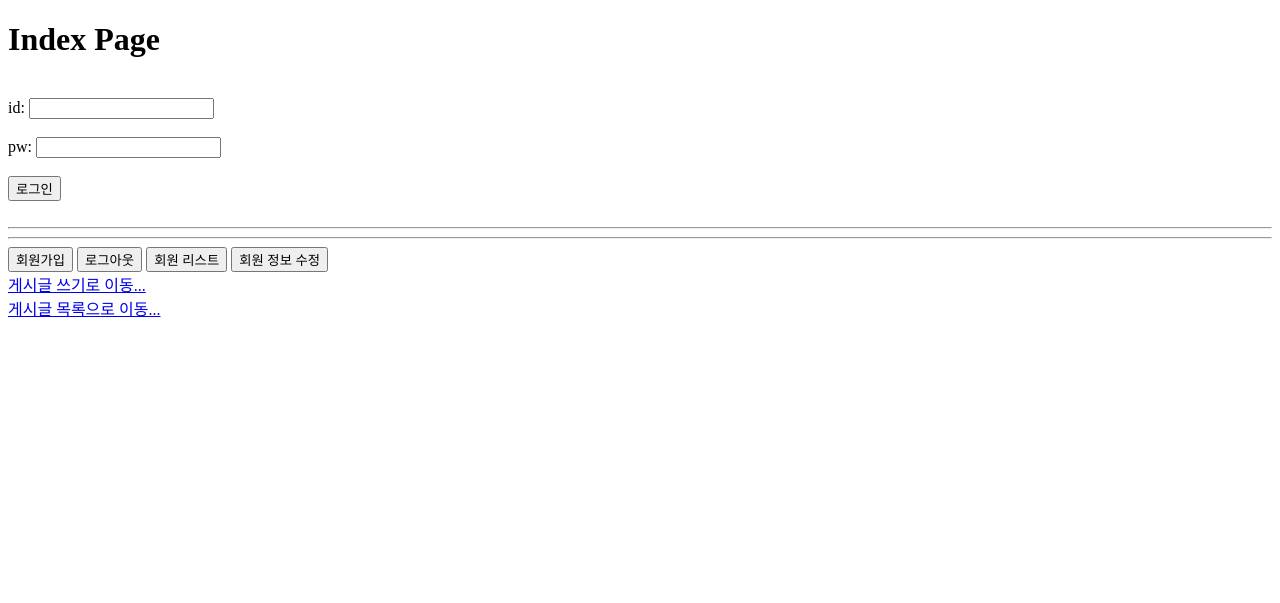
Repository: dfhdfhdfsza/myjsp
Page: http://localhost/_myjsp/
The author's editor kept a copy of each file at every save. The page is drawn from the files as they stood at one save, then again after the next save.
The browser window is 1280 px wide. The pictures show the whole page.
The page is served by Tomcat 9. The template is opened directly, without the code that normally fills it, so the values that code supplies are empty.

Above is the page before, as saved 2023-09-22 12:32:42.

After the next save:
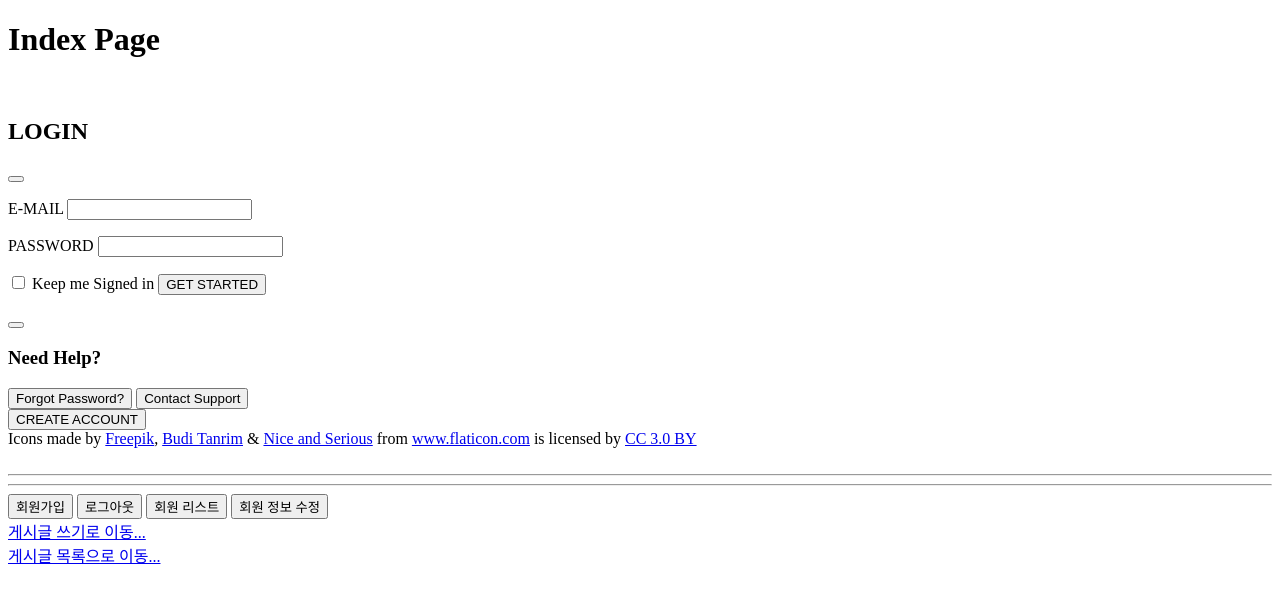
Saved 27 s later.
--- a/_myjsp/src/main/webapp/index.jsp
+++ b/_myjsp/src/main/webapp/index.jsp
@@ -13,9 +13,49 @@
 	<br>
 	<c:if test="${ses eq null }">
 		<form action="/mem/login">
-			id: <input type="text" name="id"> <br> <br>
-			pw: <input type="text" name="pw"> <br> <br>
-			<button type="submit">로그인</button>
+
+<div class='box'>
+  <div class='box-form'>
+    <div class='box-login-tab'></div>
+    <div class='box-login-title'>
+      <div class='i i-login'></div><h2>LOGIN</h2>
+    </div>
+    <div class='box-login'>
+      <div class='fieldset-body' id='login_form'>
+        <button onclick="openLoginInfo();" class='b b-form i i-more' title='Mais Informações'></button>
+        	<p class='field'>
+          <label for='user'>E-MAIL</label>
+          <input type='text' id='user' name='user' title='Username' />
+          <span id='valida' class='i i-warning'></span>
+        </p>
+      	  <p class='field'>
+          <label for='pass'>PASSWORD</label>
+          <input type='password' id='pass' name='pass' title='Password' />
+          <span id='valida' class='i i-close'></span>
+        </p>
+
+          <label class='checkbox'>
+            <input type='checkbox' value='TRUE' title='Keep me Signed in' /> Keep me Signed in
+          </label>
+
+        	<input type='submit' id='do_login' value='GET STARTED' title='Get Started' />
+      </div>
+    </div>
+  </div>
+  <div class='box-info'>
+					    <p><button onclick="closeLoginInfo();" class='b b-info i i-left' title='Back to Sign In'></button><h3>Need Help?</h3>
+    </p>
+					    <div class='line-wh'></div>
+    					<button onclick="" class='b-support' title='Forgot Password?'> Forgot Password?</button>
+    <button onclick="" class='b-support' title='Contact Support'> Contact Support</button>
+    					<div class='line-wh'></div>
+    <button onclick="" class='b-cta' title='Sign up now!'> CREATE ACCOUNT</button>
+  				</div>
+</div>
+
+
+ <div class='icon-credits'>Icons made by <a href="http://www.freepik.com" title="Freepik">Freepik</a>, <a href="http://www.flaticon.com/authors/budi-tanrim" title="Budi Tanrim">Budi Tanrim</a> & <a href="http://www.flaticon.com/authors/nice-and-serious" title="Nice and Serious">Nice and Serious</a> from <a href="http://www.flaticon.com" title="Flaticon">www.flaticon.com</a> is licensed by <a href="http://creativecommons.org/licenses/by/3.0/" title="Creative Commons BY 3.0" target="_blank">CC 3.0 BY</a></div>
+
 		</form>
 		<br> <hr>
 	</c:if>
